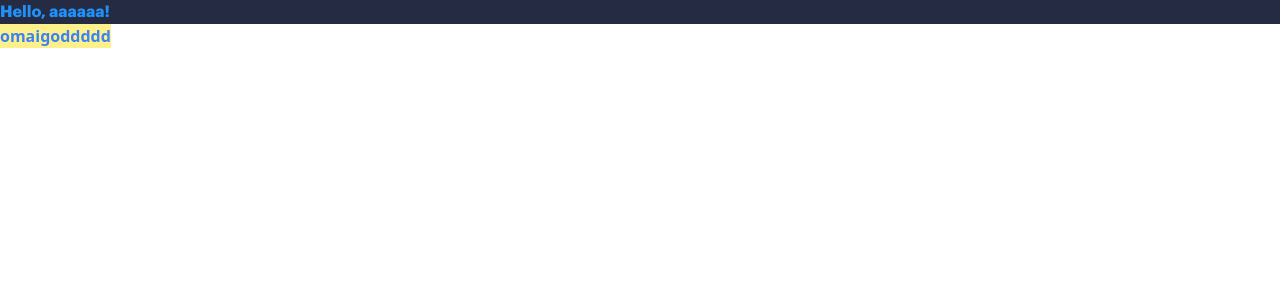
Repository: SK3010z/figmaland-tailwind
Page: /
These files come from the project's save history. The page is drawn as it stood at one moment and after the next save; the edit follows.
The browser window is 1280 px wide. The pictures show the whole page.
The project was rebuilt for these pictures with package versions that can differ from the ones it lists, and the page was loaded fresh each time. Also part of the build but not shown: vite.config.js, src/mediaQueries.jsx.

Above is the page before, as saved 2024-08-16 13:26:10.

### index.html
<!doctype html>
<html lang="en">
  <head>
    <meta charset="UTF-8" />
    <link rel="icon" type="image/svg+xml" href="/vite.svg" />
    <meta name="viewport" content="width=device-width, initial-scale=1.0" />
    <title>FigmaLand</title>
  </head>
  <body>
    <div id="root"></div>
    <script type="module" src="/src/main.jsx"></script>
  </body>
</html>

### src/main.jsx
import { StrictMode } from 'react'
import { createRoot } from 'react-dom/client'
import App from './App.jsx'
import MediaQueries from './mediaQueries.jsx'
import './index.css'

createRoot(document.getElementById('root')).render(
  <StrictMode>
    <App/>
  </StrictMode>,
)

### src/App.jsx
import { Button } from "./components/Button"

function App() {
  return (
    <>
      <h1 className="text-primary bg-darkBrackground font-graphik-bold">Hello, aaaaaa!</h1>
      <Button className="mt-16">omaigoddddd</Button>
    </>
  )
}

export default App

### src/index.css
@tailwind base;
@tailwind components;
@tailwind utilities;

@font-face {
  font-family: "Graphik-bold";
  src: url(./fonts/Graphik/Graphik-Bold-Trial.otf) format("opentype");
  font-style: normal;
  font-display: swap;
}
@font-face {
  font-family: "Graphik";
  src: url(./fonts/Graphik/Graphik-Regular-Trial.otf) format("opentype");
  font-style: normal;
  font-display: swap;
}

### src/components/Button/index.jsx
export const Button = ({children}) => {
    return <button className="text-blue-500 font-bold bg-yellow-200">{children}</button>
}

### tailwind.config.js
/** @type {import('tailwindcss').Config} */
export default {
  content: [
    "./index.html",
    "./src/**/*.{js,ts,jsx,tsx}",
  ],
  theme: {
    extend: {
      fontFamily: {
        graphik: ['Graphik','sans-serif'],
        'graphik-bold': ['Graphik-bold','sans-serif']
      },
      colors: {
        primary: '#2091F9',
        text: '#252B42',
        decondaryText: '#374754',
        darkBrackground: '#252B42'
      }
    },
  },
  plugins: [],
}

After the next save:
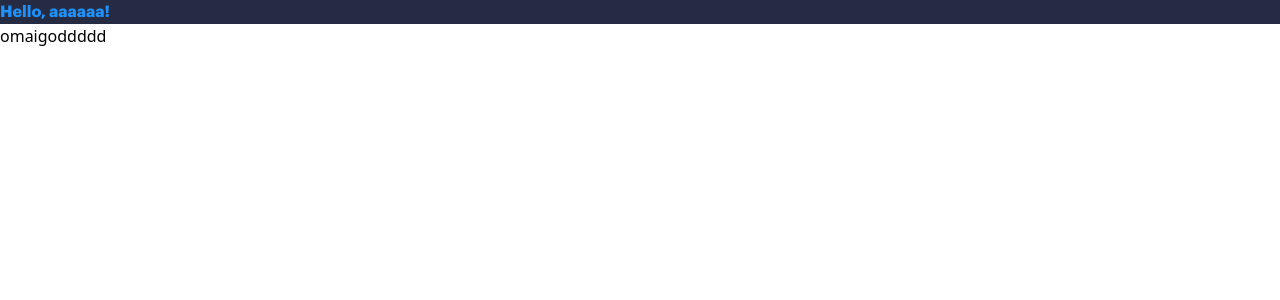
Saved 17 s later.
--- a/src/components/Button/index.jsx
+++ b/src/components/Button/index.jsx
@@ -1,3 +1,3 @@
 export const Button = ({children}) => {
-    return <button className="text-blue-500 font-bold bg-yellow-200">{children}</button>
+    return <button>{children}</button>
 }
